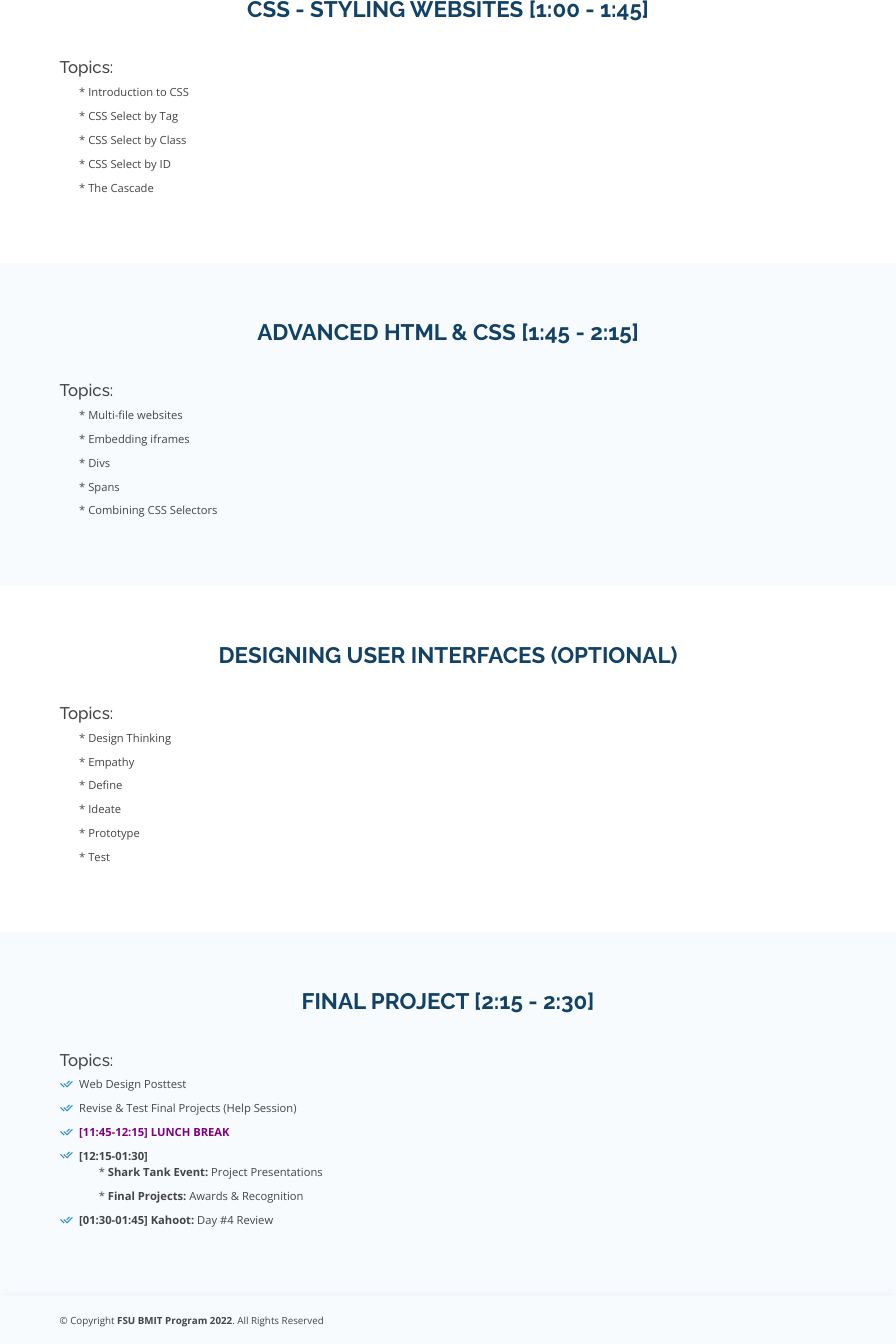
Repository: cchatmon/BMIT-Program
Page: BMIT_OnePage/index.html
The author's editor kept a record of every edit. The page is drawn from the files as they stood at one moment, then again after the next edit.
The browser window is 1280 px wide. The pictures show the part of the page from y = 1624 to 3544 px (the page is 3544 px tall before and 3418 px after), at 70% of full size.
Backgrounds fixed to the window are drawn as part of the page.

Above is the page before.

After the next edit:
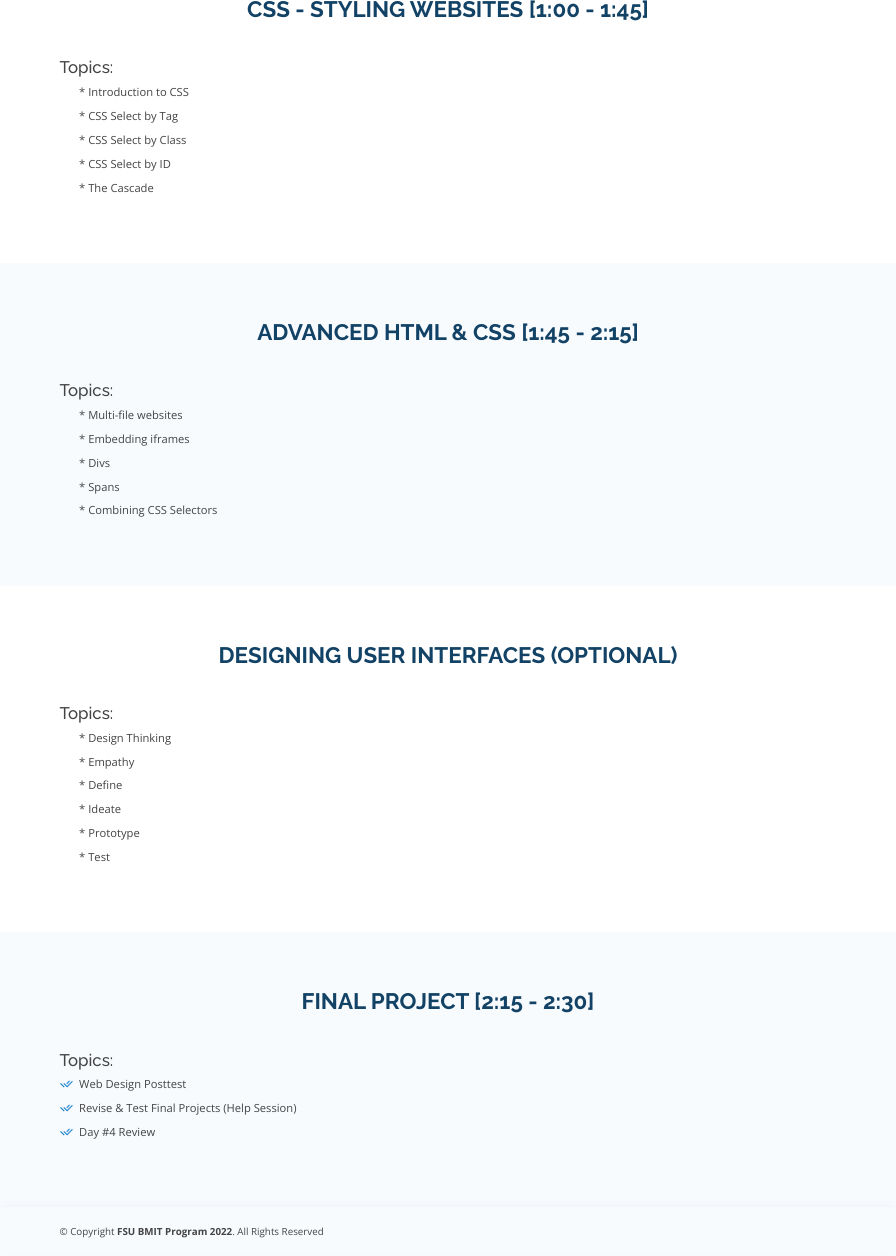
The edit:
--- a/BMIT_OnePage/index.html
+++ b/BMIT_OnePage/index.html
@@ -249,16 +249,8 @@
 
               <li><i class="ri-check-double-line"></i> Revise & Test Final Projects (Help Session)
                 </li>
-                <li><i class="ri-check-double-line"></i><b style="color:purple;">[11:45-12:15]  LUNCH BREAK </b>
-                </li>
-                <li><i class="ri-check-double-line"></i><b>[12:15-01:30]</b>
-                <ul>
-                    <li>*  <b>Shark Tank Event:</b>  Project Presentations  </li>
-
-                    <li>*  <b>Final Projects:  </b>Awards & Recognition  </li>
-                  </ul>
-              </li>
-                <li><i class="ri-check-double-line"></i><b>[01:30-01:45]  Kahoot:</b>  Day #4 Review
+
+                <li><i class="ri-check-double-line"></i> Day #4 Review
               </li>
 
             </ul>
